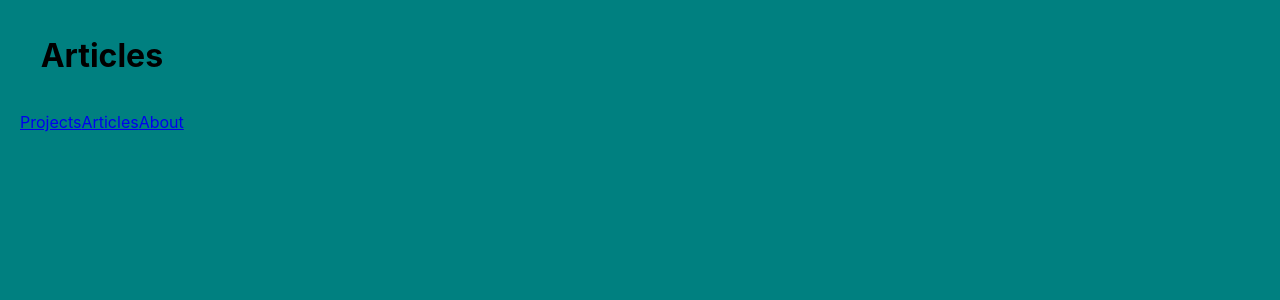
Repository: zeidalidiez/portfolioreact
Page: /Articles
The author's editor kept a copy of each file at every save. The page is drawn from the files as they stood at one save, then again after the next save.
The browser window is 1280 px wide. The pictures show the whole page.
The project was rebuilt for these pictures with package versions that can differ from the ones it lists, and the page was loaded fresh each time. Also part of the build but not shown: src/components/Thumbnail.js, src/components/Projects.js, src/components/About.js.

Above is the page before, as saved 2021-02-06 20:59:37.

After the next save:
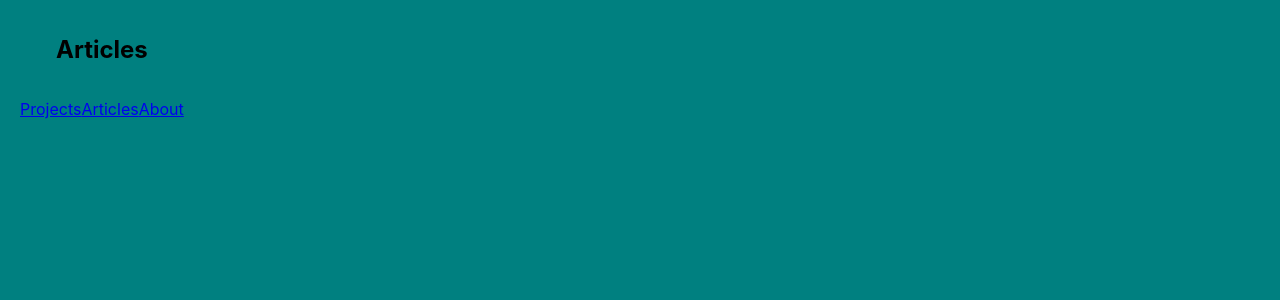
Saved 11 s later.
--- a/src/components/Articles.js
+++ b/src/components/Articles.js
@@ -3,7 +3,7 @@ import React from "react"
 function Articles(props) {
   return (
     <div>
-      <h1>Articles</h1>
+      <h2>Articles</h2>
     </div>
   )
 }
